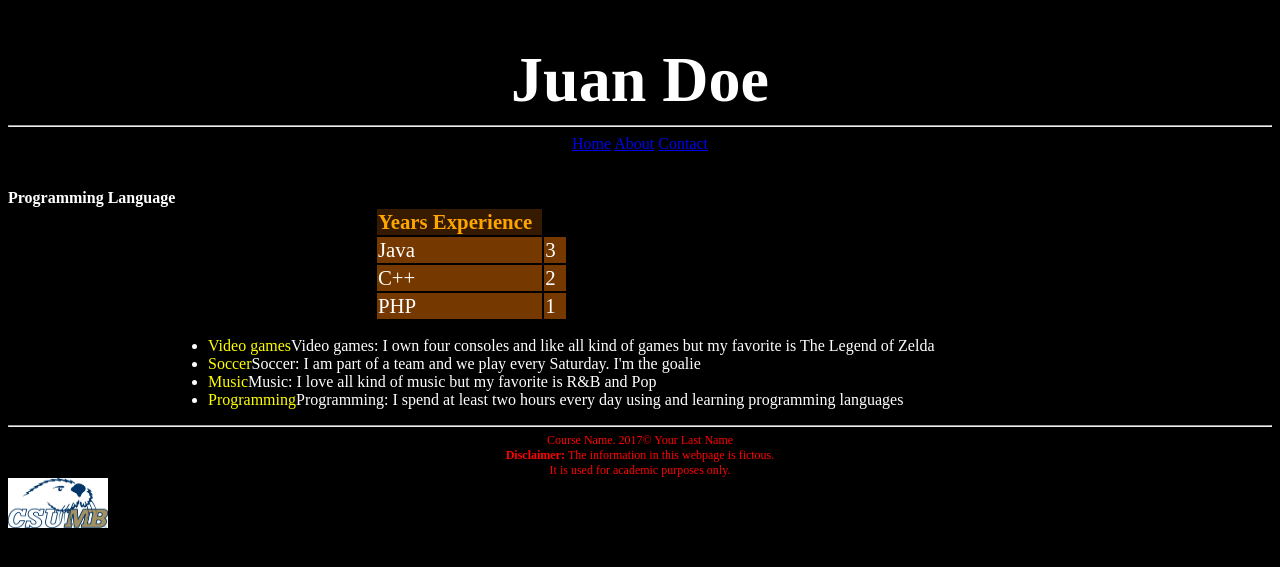
Repository: TheRealCisco/f2017CST336
Page: Labs/portfolio/about.html
The author's editor kept a record of every edit. The page is drawn from the files as they stood at one moment, then again after the next edit.
The browser window is 1280 px wide. The pictures show the whole page.

Above is the page before.

### Labs/portfolio/about.html
<!DOCTYPE html>
<html>
<!--

First Website
and comment
in html
(comments can span multiple lines)

-->

<!-- This is the head -->
<!-- All styles and javascript go inside the head -->
    <head>

        <meta charset="utf-8"/>
        <title>
            Juan Doe: Personal Website
        </title>
        <link href="css/styles.css" rel="stylesheet" type="text/css" />
    </head>
<!-- closing head -->

    <!-- This is the body -->
    <!-- This is where we place the content of our website -->

    <body>
        <header>
            <h1>
                Juan Doe
            </h1>
        </header>
        <nav>
            <hr width"75%"/>
            <a href="index.html">Home</a>
            <a href="about.html">About</a>
            <a href="contact.html">Contact</a>
        </nav>
        <br /><br />

       <div id="content">
           <table>
               <tr id="table-header">
                   <tf><strong>Programming Language</strong></tf>
                   <td><strong>Years Experience</strong></td>
               </tr>
               <tr class="table-row">
                   <td>Java</td>
                   <td>3</td>
               </tr>
               <tr class="table-row">
                   <td>C++</td>
                   <td>2</td>
               </tr>
               <tr class="table-row">
                   <td>PHP</td>
                   <td>1</td>
               </tr>
           </table>
           <ul>
               <li><span class="hobby">Video games</span></span>Video games: I own four consoles and like all kind of games but my favorite is The Legend of Zelda</li>
               <li><span class="hobby">Soccer</span>Soccer: I am part of a team and we play every Saturday. I'm the goalie</li>
               <li><span class="hobby">Music</span>Music: I love all kind of music but my favorite is R&B and Pop</li>
               <li><span class="hobby">Programming</span>Programming: I spend at least two hours every day using and learning programming languages</li>

           </ul>
       </div>

        <!-- This is the footer -->
        <!-- The footer goes inside the body but not always -->
        <footer>
            <hr>
            Course Name. 2017&copy; Your Last Name <br />
            <strong>
                Disclaimer:
            </strong>
            The information in this webpage is fictous.
            <br />
            It is used for academic purposes only.


        </footer>
        <!-- closing footer -->
        <img src="img/csumb.jpg" alt="CSUMB" height="50" width="100" />


    </body>
    <!-- closing body -->

</html>

### Labs/portfolio/css/styles.css
body{
    background-color:black;
    color:white;

}

header,main,nav,footer{
    text-align:center;

}


nav a:hover{
    padding:15px;
    padding-bottom:4px;
    text-decoration:none;
    color:white;
    border-bottom: 2px orange solid;
    font-size: 2em;
    transition: .9s;
}
figure, div{
    float:left;
}
#me, #welcomeText{
    float:left;
}
footer {
    clear: left;
    font-size:.75em;
    color:red;

}
table{
    margin: 0px auto;
}
td{
    padding-right:10px;
    font-size:1.3em;
}
td strong{
    color: orange;
}
#table-header{
    background-color:#351a00;
}
.table-row{
    background-color:#753900;
}
ul{
    text-align: left;
    padding-left:200px;
}
.hobby{
    color:yellow;
}
h1{
    font-family:'Pacfico',cursive;
    font-size:4em;
    margin-bottom:0px;

}

After the next edit:
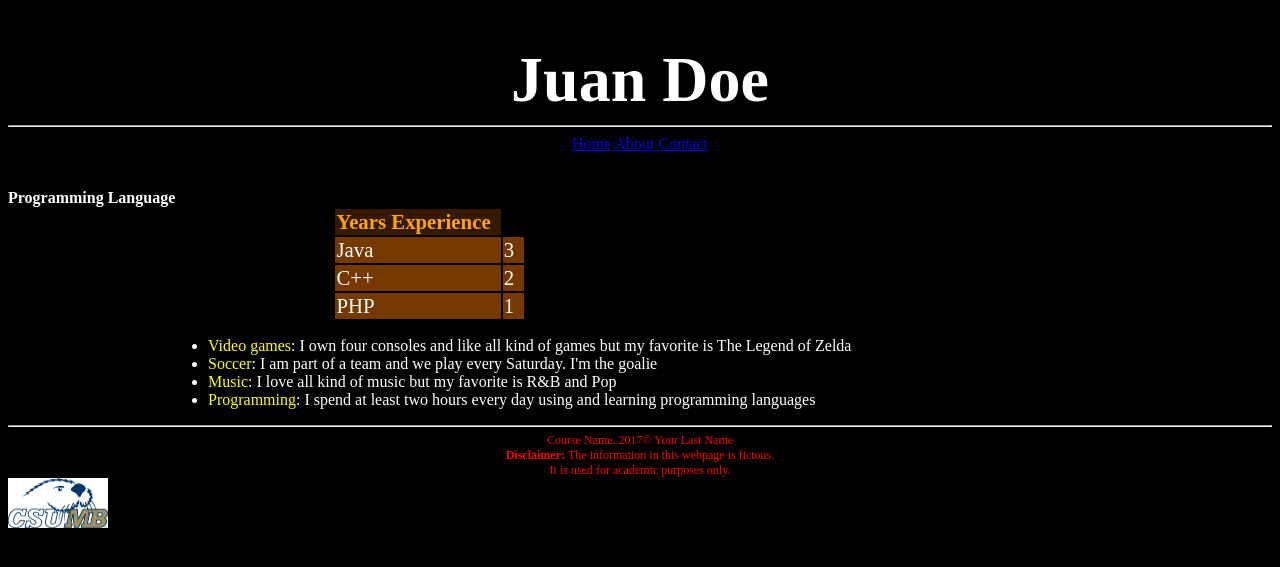
The edit:
--- a/Labs/portfolio/about.html
+++ b/Labs/portfolio/about.html
@@ -58,10 +58,10 @@
                </tr>
            </table>
            <ul>
-               <li><span class="hobby">Video games</span></span>Video games: I own four consoles and like all kind of games but my favorite is The Legend of Zelda</li>
-               <li><span class="hobby">Soccer</span>Soccer: I am part of a team and we play every Saturday. I'm the goalie</li>
-               <li><span class="hobby">Music</span>Music: I love all kind of music but my favorite is R&B and Pop</li>
-               <li><span class="hobby">Programming</span>Programming: I spend at least two hours every day using and learning programming languages</li>
+               <li><span class="hobby">Video games</span></span>: I own four consoles and like all kind of games but my favorite is The Legend of Zelda</li>
+               <li><span class="hobby">Soccer</span>: I am part of a team and we play every Saturday. I'm the goalie</li>
+               <li><span class="hobby">Music</span>: I love all kind of music but my favorite is R&B and Pop</li>
+               <li><span class="hobby">Programming</span>: I spend at least two hours every day using and learning programming languages</li>
 
            </ul>
        </div>
